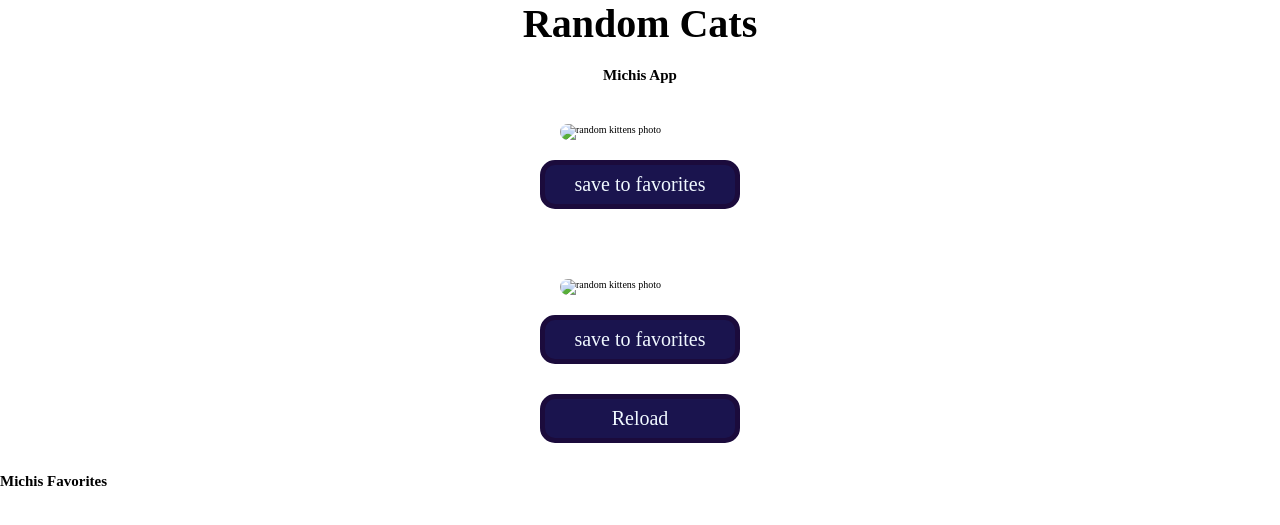
Repository: elto82/ConsumoAPIRESTjs
Page: index.html
An editor plug-in stored every save of this project. The page is shown before and after the next save, followed by the edit.
The browser window is 1280 px wide. The pictures show the whole page.
The page's requests for data from a server got no answer.

Above is the page before, as saved 2022-07-03 15:54:04.

### index.html
<!DOCTYPE html>
<html lang="en">

<head>
  <meta charset="UTF-8">
  <meta http-equiv="X-UA-Compatible" content="IE=edge">
  <meta name="viewport" content="width=device-width, initial-scale=1.0">
  <title>Random Cats</title>
  <link rel="stylesheet" href="style.css">
</head>

<body>
  <header>
    <h1>Random Cats</h1>
  </header>
  <section id="randomMichis" class="container">
    <h2>Michis App</h2>
    <span id="error"></span>
    <article>
      <img id="img1" alt="random kittens photo" class="image">
      <button id="btn1" class="random-cat-button">
        save to favorites
      </button>
    </article>
    <article>
      <img id="img2" alt="random kittens photo" class="image">
      <button id="btn2" class="random-cat-button">
        save to favorites
      </button>
    </article>

    <button class="random-cat-button" onclick="loadRandomMichis()">
      Reload
    </button>

  </section>
  <section id="favoriteMichis">
    <h2>Michis Favorites</h2>

  </section>
  <script src="./main.js"></script>
</body>

</html>

### style.css
* {
  box-sizing: border-box;
  margin: 0px;
  padding: 0px;
}
html {
  font-size: 62.5%;
}
body {
  font-family: 'Square Peg', cursive;
}
header {
  display: flex;
  justify-content: center;
}
h1 {
  font-size: 4rem;
}
article{
  display: flex;
  flex-direction: column;
  justify-content: center;
  place-items: center;
  padding: 20px;
}
.container {
  display: flex;
  flex-direction: column;
  justify-content: center;
  place-items: center;
  padding: 20px;
}
.container .image {
  border-radius: 20px;
  margin: 20px;
  width: 80%;
  height: auto;
}
.random-cat-button {
  align-items: center;
  background-color: rgb(26, 20, 78);
  border: 5px solid rgb(27, 11, 60);
  border-radius: 15px;
  color: aliceblue;
  cursor: pointer;
  font-family: 'Pacifico', cursive;
  font-size: 2rem;
  padding: 0.8rem;
  width: 20rem;
  height: auto;
  margin-bottom: 1rem;
}
.random-cat-button:hover {
  border: 5px solid rgb(36, 16, 71);
  background-color: rgb(33, 14, 62);
}

### main.js
/*--------------------------------------------- endpoint
const API_URL = "https://api.thecatapi.com/v1/images/search"; */
/* --------------------------------------------------------query parameters */
const API_URL_random =
  "https://api.thecatapi.com/v1/images/search?limit=2&api_key=11fb4c78-96c8-403c-b282-b8c4d38b4b60";

const API_URL_favorites =
  "https://api.thecatapi.com/v1/favourites?api_key=11fb4c78-96c8-403c-b282-b8c4d38b4b60";

const spanError = document.getElementById("error");

async function loadRandomMichis() {
  const res = await fetch(API_URL_random);
  const data = await res.json();

  console.log(data);
  console.log("loadRandomMichis");

  if (res.status !== 200) {
    spanError.innerHTML = `hubo un error: ${res.status} ${data.message}`;
  } else {
    const img1 = document.getElementById("img1");
    const img2 = document.getElementById("img2");
    const btn1 = document.getElementById('btn1');
    const btn2 = document.getElementById('btn2');

    img1.src = data[0].url;
    img2.src = data[1].url;
    btn1.onclick = () => saveFavoriteMichi(data[0].id)
    btn2.onclick = () => saveFavoriteMichi(data[1].id)
  }
}

async function loadFavoriteMichis() {
  const res = await fetch(API_URL_favorites);
  const data = await res.json();

  console.log(data);
  console.log("loadFavoriteMichis");

  if (res.status !== 200) {
    spanError.innerHTML = `Hubo un error: ${res.status} ${data.message}`;
  } else {
    data.forEach((michi) => {
      const section = document.getElementById('favoriteMichis')
      const article = document.createElement("article");
      const img = document.createElement("img");
      const btn = document.createElement("button");
      const btnText = document.createTextNode("remove michi");

      btn.appendChild(btnText);
      img.src = michi.image.url;
      img.width = 150;
      article.appendChild(img);
      article.appendChild(btn);
      section.appendChild(article);

    });
  }
}

async function saveFavoriteMichi(id) {
  const res = await fetch(API_URL_favorites, {
    method: "POST",
    headers: {
      "Content-Type": "application/json",
    },
    body: JSON.stringify({
      image_id: id,
    }),
  });
  const data = await res.json();

  console.log("save");
  console.log(res);

  if (res.status !== 200) {
    spanError.innerHTML = `Hubo un error: ${res.status} ${data.message}`;
  }
}

loadRandomMichis();
loadFavoriteMichis();

After the next save:
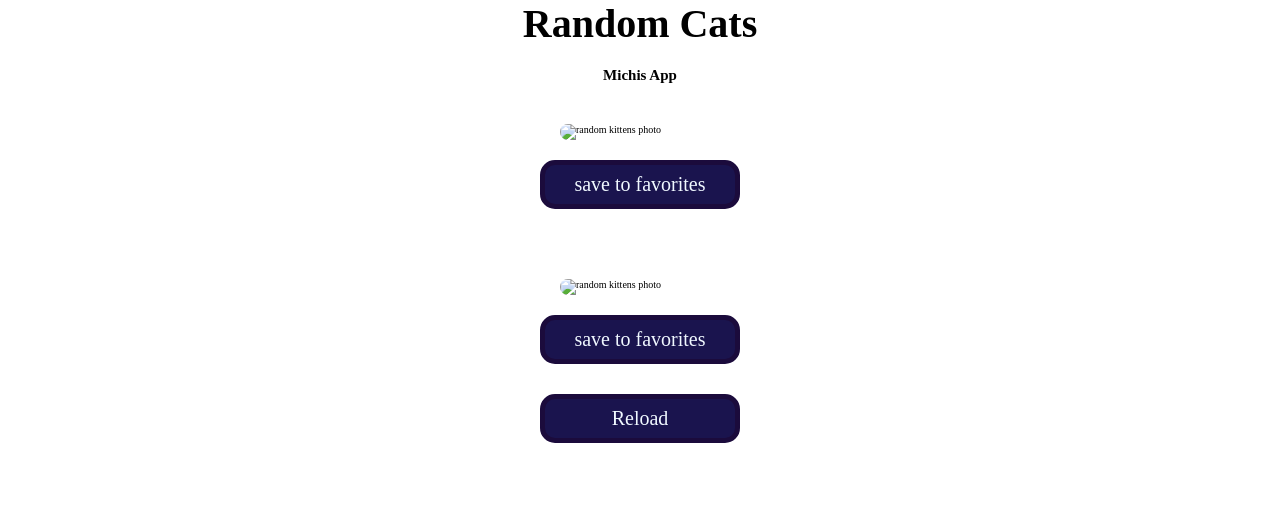
Saved 26 s later.
--- a/index.html
+++ b/index.html
@@ -34,10 +34,7 @@
     </button>
 
   </section>
-  <section id="favoriteMichis">
-    <h2>Michis Favorites</h2>
 
-  </section>
   <script src="./main.js"></script>
 </body>
 

After the save that followed:
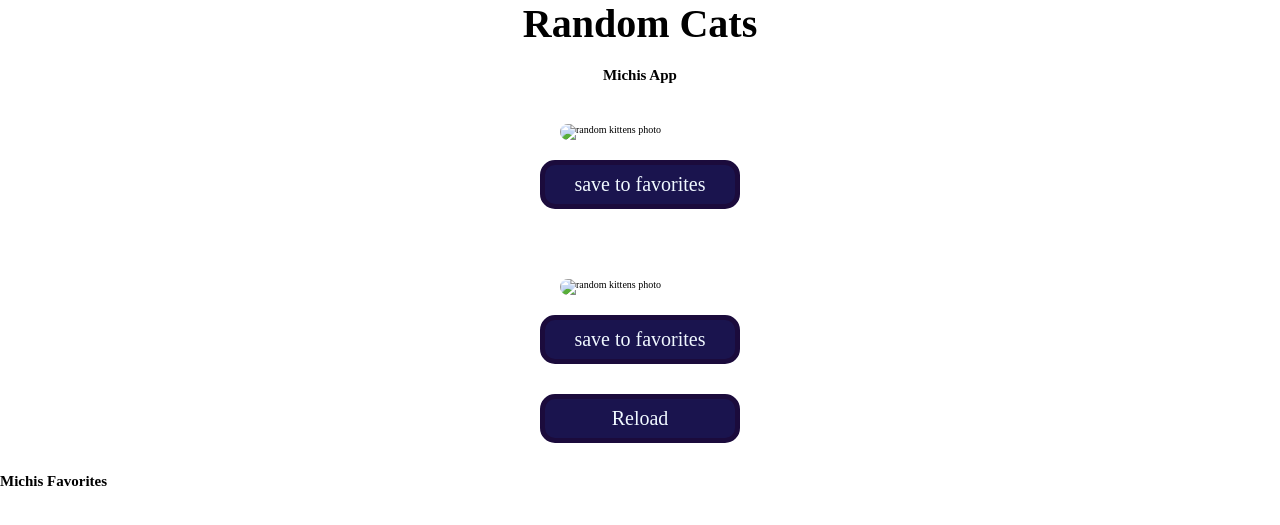
Saved 13 s later.
--- a/index.html
+++ b/index.html
@@ -34,7 +34,10 @@
     </button>
 
   </section>
+  <section id="favoriteMichis">
+    <h2>Michis Favorites</h2>
 
+  </section>
   <script src="./main.js"></script>
 </body>
 
